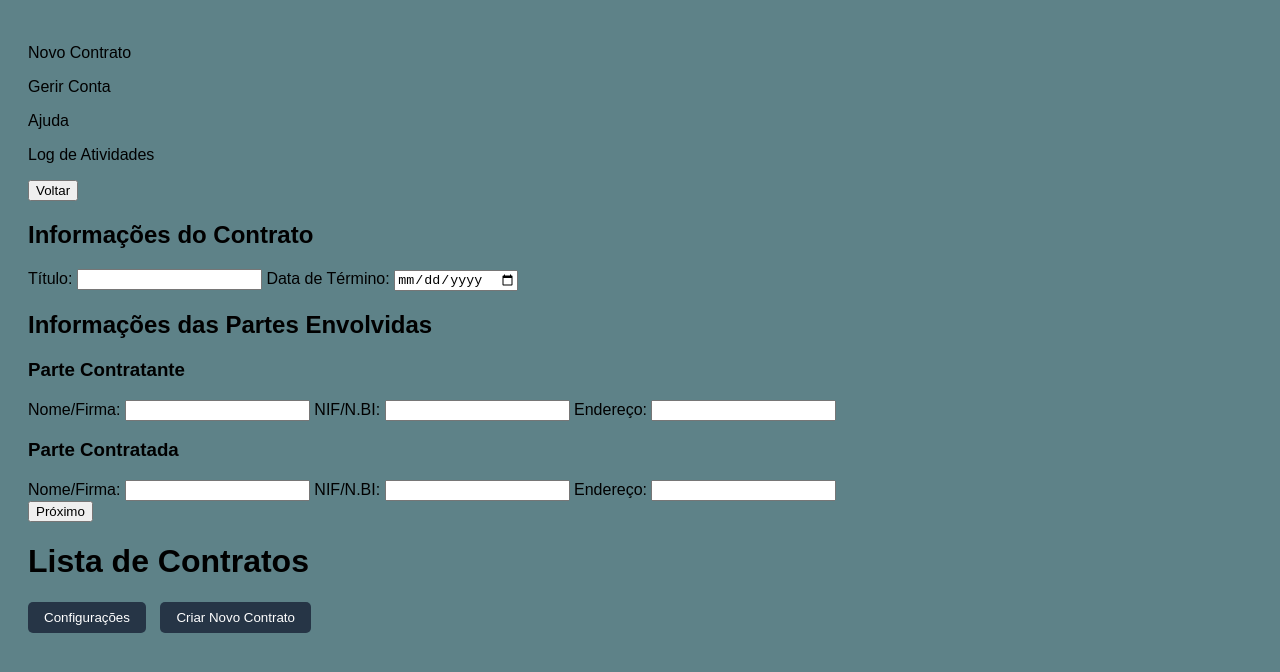
Repository: YuaneCastro/Sistema-de-Gest-o-de-Usu-rios-e-Contratos
Page: tela-principal/tela-principal.html
These files come from the project's save history. The page is drawn as it stood at one moment and after the next save; the edit follows.
The browser window is 1280 px wide. The pictures show the whole page.
The page's requests for data from a server got no answer.

Above is the page before, as saved 2024-06-23 10:11:15.

### tela-principal/tela-principal.html
<!DOCTYPE html>
<html lang="en">
<head>
    <meta charset="UTF-8">
    <meta name="viewport" content="width=device-width, initial-scale=1.0">
    <title>Tela Principal</title>
    <link rel="stylesheet" href="/tela-principal/styles-principal.css">
</head>
<body>
    <div class="top-bar">
        <p id="criar-contrato-link" class="clickable">Novo Contrato</p>
        <p id="manage-account-link" class="clickable">Gerir Conta</p>
        <p id="ajuda-link" class="clickable">Ajuda</p>
        <p id="log-atividades-link" class="clickable">Log de Atividades</p>
    </div>

    <div id="criar-contrato-screen" class="screen">
        <button id="criar-contrato-back-button" class="round-button">Voltar</button>
        <h2>Informações do Contrato</h2>
        <form id="criar-contrato-form">
            <label for="titulo">Título:</label>
            <input type="text" id="titulo" name="titulo" required>
            <label for="data-termino">Data de Término:</label>
            <input type="date" id="data-termino" name="data-termino" required>

            <h2>Informações das Partes Envolvidas</h2>
            <div class="flex-container">
                <div class="flex-item">
                    <h3>Parte Contratante</h3>
                    <label for="contratante-nome">Nome/Firma:</label>
                    <input type="text" id="contratante-nome" name="contratante-nome" required>
                    <label for="contratante-nif">NIF/N.BI:</label>
                    <input type="text" id="contratante-nif" name="contratante-nif" required>
                    <label for="contratante-endereco">Endereço:</label>
                    <input type="text" id="contratante-endereco" name="contratante-endereco" required>
                </div>
                <div class="flex-item">
                    <h3>Parte Contratada</h3>
                    <label for="contratado-nome">Nome/Firma:</label>
                    <input type="text" id="contratado-nome" name="contratado-nome" required>
                    <label for="contratado-nif">NIF/N.BI:</label>
                    <input type="text" id="contratado-nif" name="contratado-nif" required>
                    <label for="contratado-endereco">Endereço:</label>
                    <input type="text" id="contratado-endereco" name="contratado-endereco" required>
                </div>
            </div>
            <button type="submit">Próximo</button>
        </form>
    </div>
    <h1>Lista de Contratos</h1>
    <ul class="contratos-list" id="contratos-list">
        <!-- Aqui serão inseridos os contratos dinamicamente -->
    </ul>
    <button class="btn" id="configuracoes-btn">Configurações</button>
    <button class="btn" id="criar-contrato-btn">Criar Novo Contrato</button>

    <script src="script-principal.js"></script>
</body>
</html>

### tela-principal/styles-principal.css
body {
    font-family: Arial, sans-serif;
    padding: 20px;
    background: rgb(94, 130, 136);
    justify-content: center;
    align-items: center;
}

.contratos-list {
    list-style-type: none;
    padding: 0;
}

.contrato-item {
    margin-bottom: 10px;
    padding: 10px;
    border: 1px solid #ccc;
    border-radius: 5px;
}

.btn {
    display: inline-block;
    background-color: #263546;
    color: white;
    border: none;
    padding: 8px 16px;
    text-align: center;
    text-decoration: none;
    margin-right: 10px;
    cursor: pointer;
    border-radius: 5px;
}

### tela-principal/script-principal.js
// scripts.js

document.addEventListener('DOMContentLoaded', () => {
  loadContratos();

  // Botão de Configurações
  const configuracoesBtn = document.getElementById('configuracoes-btn');
  configuracoesBtn.addEventListener('click', () => {
      window.location.href = '/configuracoes';
  });

  // Botão de Criar Novo Contrato
const criarContratoBtn = document.getElementById('criar-contrato-btn');
  criarContratoBtn.addEventListener('click', () => {
      window.location.href = '/criar-contrato';
  });
});

async function loadContratos() {
  try {
      const response = await fetch('/contratos', {
          method: 'GET',
          headers: {
              'Content-Type': 'application/json'
          },
          credentials: 'same-origin'
      });

      if (!response.ok) {
          throw new Error('Erro ao carregar contratos');
      }

      const contratos = await response.json();
      const contratosList = document.getElementById('contratos-list');

      // Limpa a lista atual
      contratosList.innerHTML = '';

      // Adiciona cada contrato como um item de lista
      contratos.forEach((contrato) => {
          const contratoItem = document.createElement('li');
          contratoItem.classList.add('contrato-item');
          contratoItem.innerHTML = `<strong>${contrato.titulo}</strong> - Criado em ${new Date(contrato.data_criacao).toLocaleDateString()}`;
          contratosList.appendChild(contratoItem);
      });
  } catch (error) {
      console.error('Erro ao carregar contratos:', error.message);
  }
}

After the next save:
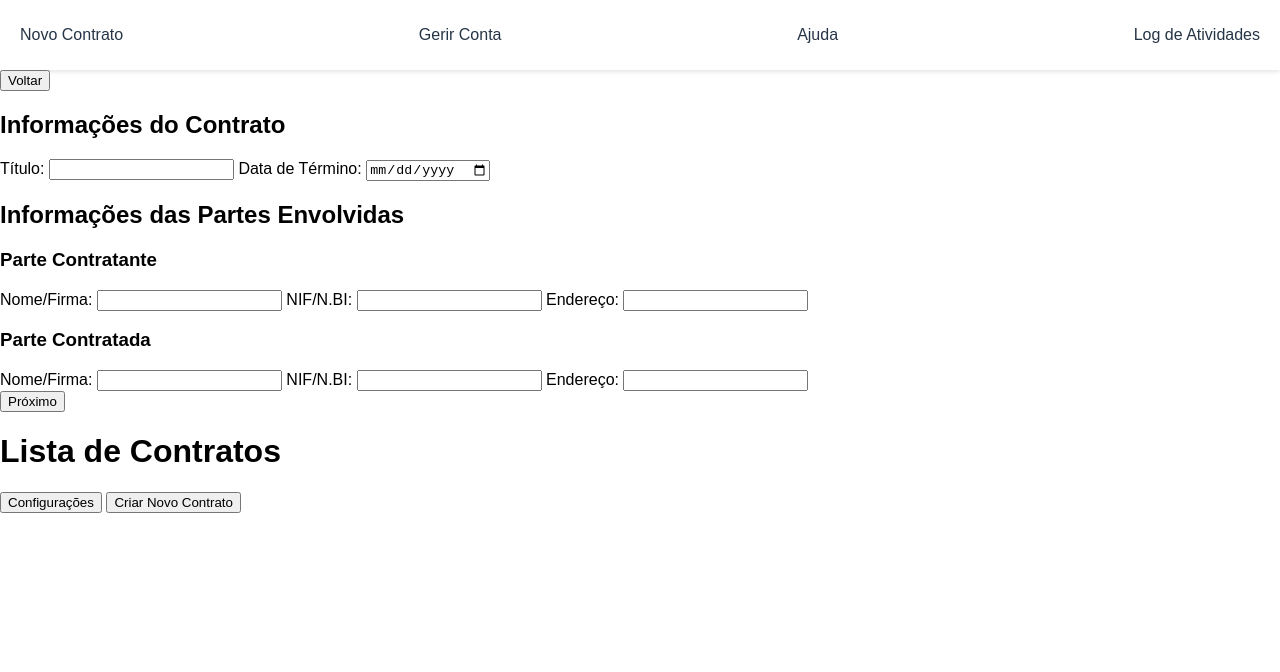
Saved 94 s later.
--- a/tela-principal/styles-principal.css
+++ b/tela-principal/styles-principal.css
@@ -1,32 +1,31 @@
 body {
     font-family: Arial, sans-serif;
-    padding: 20px;
-    background: rgb(94, 130, 136);
-    justify-content: center;
-    align-items: center;
+    padding: 0;
+    margin: 0;
 }
 
-.contratos-list {
-    list-style-type: none;
-    padding: 0;
+.top-bar {
+    background-color: white; /* Fundo branco */
+    color: #263546; /* Cor do texto */
+    padding: 10px 20px;
+    display: flex;
+    justify-content: space-between;
+    align-items: center;
+    box-shadow: 0 2px 4px rgba(0, 0, 0, 0.1); /* Sombra para efeito visual */
 }
 
-.contrato-item {
-    margin-bottom: 10px;
-    padding: 10px;
-    border: 1px solid #ccc;
-    border-radius: 5px;
+.links-container {
+    display: flex;
+    gap: 20px;
 }
 
-.btn {
-    display: inline-block;
-    background-color: #263546;
-    color: white;
-    border: none;
-    padding: 8px 16px;
-    text-align: center;
-    text-decoration: none;
-    margin-right: 10px;
+.links-container p {
+    margin: 0;
     cursor: pointer;
-    border-radius: 5px;
+    transition: opacity 0.3s ease;
+    color: #263546; /* Cor do texto dos links */
 }
+
+.links-container p:hover {
+    opacity: 0.8;
+}
